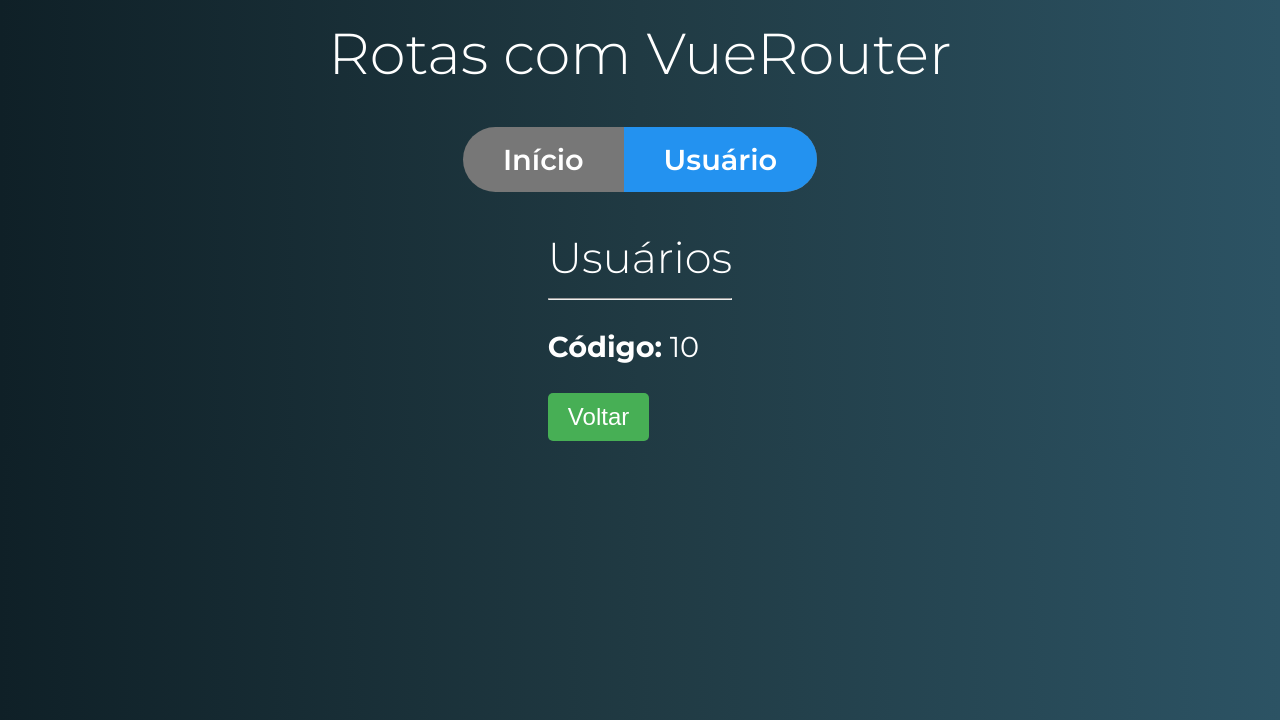
Repository: LucianoBitt/Curso_VueJS
Page: /usuario/10 (app in 14_rotas/rotas-exercicios/)
These files come from the project's save history. The page is drawn as it stood at one moment and after the next save; the edit follows.
The browser window is 1280 px wide. The pictures show the whole page.
The project was rebuilt for these pictures with package versions that can differ from the ones it lists, and the page was loaded fresh each time. Also part of the build but not shown: 14_rotas/rotas-exercicios/src/components/Inicio.vue.

Above is the page before, as saved 2024-01-30 15:39:33.

After the next save:
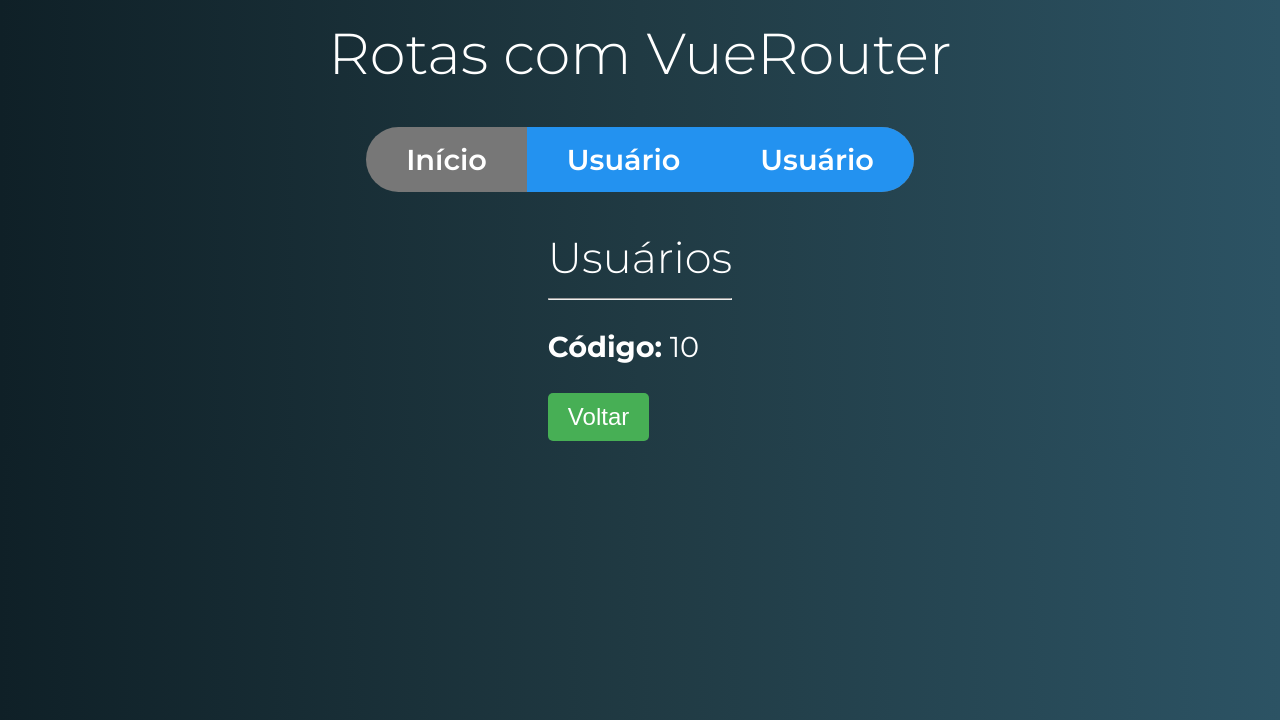
Saved 22 min 46 s later.
--- a/14_rotas/rotas-exercicios/src/components/template/Menu.vue
+++ b/14_rotas/rotas-exercicios/src/components/template/Menu.vue
@@ -3,6 +3,8 @@
 		<ul>
 			<router-link to="/" tag="li" active-class="active" exact>
 				<a>Início</a></router-link>
+			<router-link to="/usuario/10" tag="li" active-class="active">
+				<a>Usuário</a></router-link>
 			<router-link to="/usuario/10" tag="li" active-class="active">
 				<a>Usuário</a></router-link>
 		</ul>
